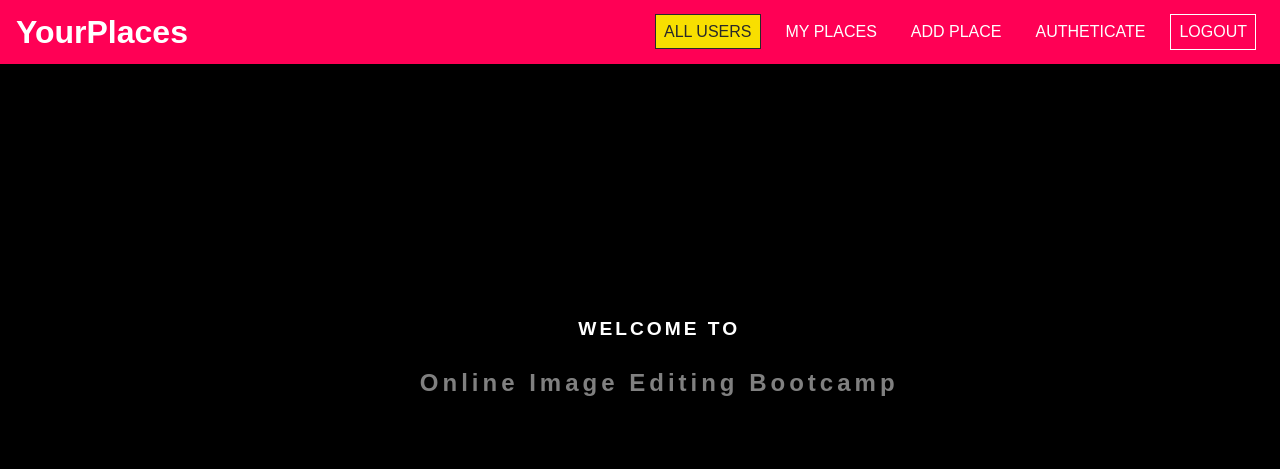
Repository: TanviSanyal/ImageEditingBootcamp
Page: /
The author's editor kept a copy of each file at every save. The page is drawn from the files as they stood at one save, then again after the next save.
The browser window is 1280 px wide. The pictures show the whole page.
The project was rebuilt for these pictures with package versions that can differ from the ones it lists, and the page was loaded fresh each time. Also part of the build but not shown: src/shared/components/navigation/SideDrawer.css, src/shared/components/UIElements/Backdrop.css, src/shared/components/UIElements/Backdrop.js.

Above is the page before, as saved 2020-09-26 23:06:46.

### public/index.html
<!DOCTYPE html>
<html lang="en">
  <head>
    <meta charset="utf-8" />
    <link rel="icon" href="%PUBLIC_URL%/favicon.ico" />
    <meta name="viewport" content="width=device-width, initial-scale=1" />
    <meta name="theme-color" content="#000000" />
    <meta
      name="description"
      content="Web site created using create-react-app"
    />
    <link rel="apple-touch-icon" href="%PUBLIC_URL%/logo192.png" />
    <link rel="manifest" href="%PUBLIC_URL%/manifest.json" />
    <title>React App</title>
  </head>
  <body>
    <noscript>You need to enable JavaScript to run this app.</noscript>
    <div id="backdrop-hook"></div>
    <div id="modal-hook"></div>
    <div id="drawer-hook"></div>
    <div id="root"></div>
  </body>
</html>

### src/index.css
@import url('https://fonts.googleapis.com/css?family=Open+Sans:400,700&display=swap');

* {
  box-sizing: border-box;
}

html {
  font-family:Arial, Helvetica, sans-serif;
	font-weight:normal;
}

body {
  margin: 0;
  background: black;
}

### src/App.js
import React from 'react';
import {
  BrowserRouter as Router,
  Route,
  Redirect,
  Switch
} from 'react-router-dom';
import './App.css'
import MainNavigation from '../src/shared/components/navigation/MainNavigation';


const App = () => {

  // <Switch>
  //   <Route path="/" exact>
  //     {/* <Users /> */}
  //   </Route>
  //   <Route path="/:userId/places" exact>
  //     {/* <UserPlaces /> */}
  //   </Route>
  //   <Route path="/places/new" exact>
  //     {/* <NewPlace /> */}
  //   </Route>
  //   <Route path='/places/:placeId'>
  //     {/* <UpdatePlace /> */}
  //   </Route>
  //   <Redirect to="/" />
  // </Switch>

  return (
    <Router>
      <MainNavigation />
      <main className="main-body">
        <span className="text1">welcome to</span>
        <p > Online Image Editing Bootcamp</p>
      </main>
    </Router>
  );
};

export default App;

### src/App.css
.main-body span{
  color: white;
  text-transform: uppercase;
  display: block;
}
.main-body{
  text-align: center;
  padding-top: 33vh;
  padding-left: 3%;
}

.text1{
  color:rgb(200,200,200);
  font-size: 120%;
  letter-spacing: 3PX;
  font-weight: 700;
}
p{
  color: grey;
  font-size: 150%;
  letter-spacing: 4PX;
  line-height: 37PX;
  font-weight: 700;
}

### src/shared/components/navigation/MainNavigation.js
import React, { useState } from 'react';
import { Link } from 'react-router-dom';

import MainHeader from './MainHeader';
import NavLinks from './NavLinks';
import SideDrawer from './SideDrawer';
import Backdrop from '../UIElements/Backdrop';
import './MainNavigation.css';

const MainNavigation = props => {
  const [drawerIsOpen, setDrawerIsOpen] = useState(false);

  const openDrawerHandler = () => {
    setDrawerIsOpen(true);
  };

  const closeDrawerHandler = () => {
    setDrawerIsOpen(false);
  };

  return (
    <React.Fragment>
      {drawerIsOpen && <Backdrop onClick={closeDrawerHandler} />}
      <SideDrawer show={drawerIsOpen} onClick={closeDrawerHandler}>
        <nav className="main-navigation__drawer-nav">
          <NavLinks />
        </nav>
      </SideDrawer>

      <MainHeader>
        <button className="main-navigation__menu-btn" onClick={openDrawerHandler}>
          <span />
          <span />
          <span />
        </button>
        <h1 className="main-navigation__title">
          <Link to="/">YourPlaces</Link>
        </h1>
        <nav className="main-navigation__header-nav">
          <NavLinks />
        </nav>
      </MainHeader>
    </React.Fragment>
  );
};

export default MainNavigation;

### src/shared/components/navigation/MainHeader.js
import React from 'react';

import './MainHeader.css';

const MainHeader = props => {
  return <header className="main-header">{props.children}</header>;
};

export default MainHeader;

### src/shared/components/navigation/NavLinks.js
import React,{useContext} from 'react';
import './NavLinks.css';
import {NavLink} from 'react-router-dom';
// import {AuthContext} from '../../context/auth-context';

const NavLinks = props => {

    // const auth = useContext(AuthContext);
    return(
        <ul className="nav-links">
            <li>
                <NavLink to="/" exact>ALL USERS</NavLink>
            </li>
           <li>
                <NavLink to="/u1/places">MY PLACES</NavLink>
            </li>
           <li>
                <NavLink to="/places/new">ADD PLACE</NavLink>
            </li>
            <li>
                <NavLink to="/auth">AUTHETICATE</NavLink>
            </li>
             <li><button >LOGOUT</button></li>
        </ul>
    );
};

export default NavLinks;

### src/shared/components/navigation/MainNavigation.css
.main-navigation__menu-btn {
    width: 3rem;
    height: 3rem;
    background: transparent;
    border: none;
    display: flex;
    flex-direction: column;
    justify-content: space-around;
    margin-right: 2rem;
    cursor: pointer;
  }

  .main-navigation__menu-btn span {
    display: block;
    width: 3rem;
    height: 2.5px;
    background: white;
  }

  .main-navigation__title {
    color: white;
  }

  .main-navigation__title a {
    text-decoration: none;
    color: white;
  }

  .main-navigation__header-nav {
    display: none;
  }

  .main-navigation__drawer-nav {
    height: 100%;
  }

  @media (min-width: 768px) {
    .main-navigation__menu-btn {
      display: none;
    }

    .main-navigation__header-nav {
      display: block;
    }
  }

### src/shared/components/navigation/NavLinks.css
.nav-links {
    list-style: none;
    margin: 0;
    padding: 0;
    width: 100%;
    height: 100%;
    display: flex;
    flex-direction: column;
    justify-content: center;
    align-items: center;
  }

  .nav-links li {
    margin: 1rem;
  }

  .nav-links a {
    border: 1px solid transparent;
    color: #292929;
    text-decoration: none;
    padding: 0.5rem;
  }

  .nav-links a:hover,
  .nav-links a:active,
  .nav-links a.active {
    background: #f8df00;
    border-color: #292929;
    color: #292929;
  }

  .nav-links button {
    cursor: pointer;
    border: 1px solid #292929;
    color: #292929;
    background: transparent;
    padding: 0.5rem;
    font: inherit;
  }

  .nav-links button:focus {
    outline: none;
  }

  .nav-links button:hover,
  .nav-links button:active {
    background: #292929;
    color: white;
  }

  @media (min-width: 768px) {
    .nav-links {
      flex-direction: row;
    }

    .nav-links li {
      margin: 0 0.5rem;
    }

    .nav-links a {
      color: white;
      text-decoration: none;
    }

    .nav-links button {
      border: 1px solid white;
      color: white;
      background: transparent;
    }

    .nav-links button:hover,
    .nav-links button:active {
      background: #f8df00;
      color: #292929;
    }
  }

Loaded but not shown: src/index.js (common file); src/shared/components/navigation/SideDrawer.js (common file); src/shared/components/navigation/MainHeader.css (common file)

After the next save:
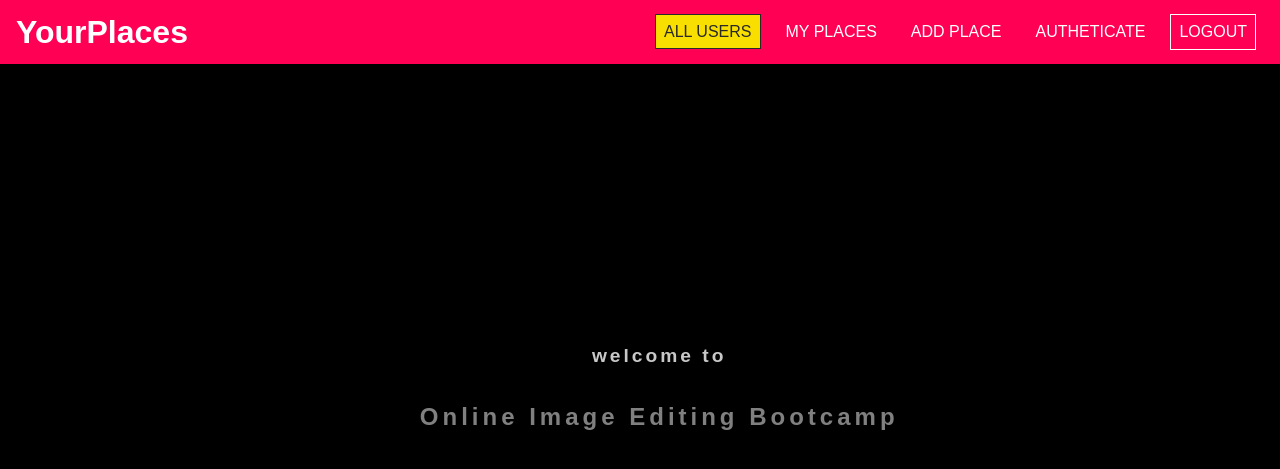
Saved 42 s later.
--- a/src/App.js
+++ b/src/App.js
@@ -31,8 +31,8 @@ const App = () => {
     <Router>
       <MainNavigation />
       <main className="main-body">
-        <span className="text1">welcome to</span>
-        <p > Online Image Editing Bootcamp</p>
+        <p className="text1">welcome to</p>
+        <p className="text2"> Online Image Editing Bootcamp</p>
       </main>
     </Router>
   );
